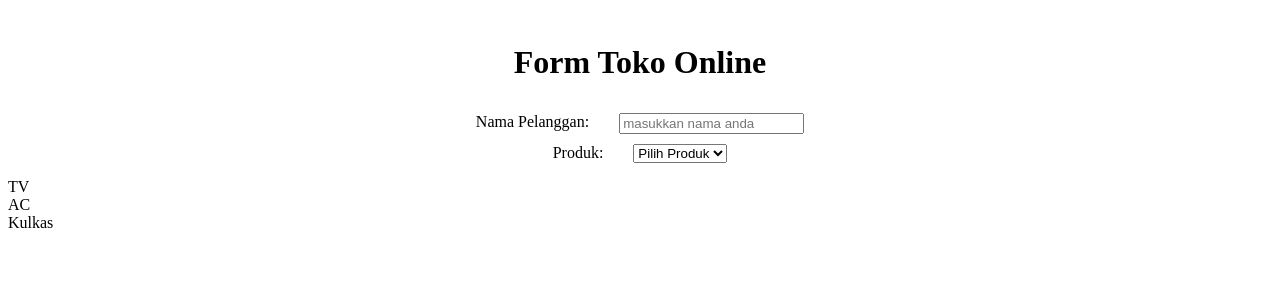
Repository: AHSANS354/Tugas-MSIB-5-GitHub
Page: tugasper4js.html
These files come from the project's save history. The page is drawn as it stood at one moment and after the next save; the edit follows.
The browser window is 1280 px wide. The pictures show the whole page.

Above is the page before, as saved 2023-09-11 15:16:13.

### tugasper4js.html
<!DOCTYPE html>
<html lang="en">
  <head>
    <meta charset="UTF-8" />
    <meta name="viewport" content="width=device-width, initial-scale=1.0" />
    <title>Tugas Pertemuan ke-4</title>
    <style>
      .container {
        padding: 10px;
        text-align: center;
      }
      .row {
        display: flex;
        justify-content: center;
        align-items: center;
        flex-direction: column;
      }
      .col {
        display: flex;
        gap: 30px;
        padding: 5px;
      }
    </style>
  </head>
  <body>
    <form action="" id="toko">
      <div class="container">
        <div class="row">
          <div class="col">
            <h1>Form Toko Online</h1>
          </div>
        </div>
        <div class="row">
          <div class="col">
            <label for="">Nama Pelanggan: </label>
            <input type="text" name="nama" placeholder="masukkan nama anda" />
          </div>
          <div class="col">
            <label for="">Produk: </label>
            <select name="produk">
              <option value="" id="produk">Pilih Produk</option>
            </select>
          </div>
        </div>
      </div>
    </form>
    <script src="main.js"></script>
  </body>
</html>

### main.js
let produk = ["TV", "AC", "Kulkas"];

for (var i = 0; i < produk.length; i++) {
  console.log(produk[i]);
  switch (produk) {
    case "TV":
      harga = 2000000;
      break;
    case "AC":
      harga = 3000000;
      break;
    case "Kulkas":
      harga = 4000000;
      break;
    default:
      harga = 0;
      break;
  }

  document.write(`${produk[i]}<br>`);
}

After the next save:
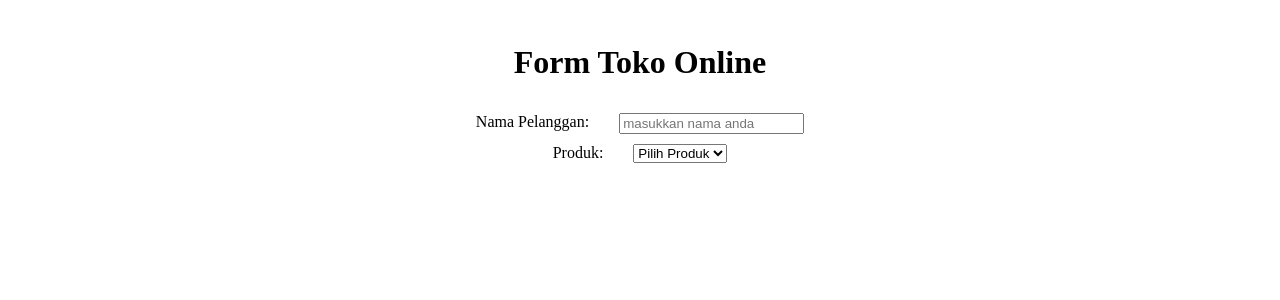
Console error: TypeError: Failed to execute 'appendChild' on 'Node': parameter 1 is not of type 'Node'.
Saved 4 min 18 s later.
--- a/main.js
+++ b/main.js
@@ -17,5 +17,5 @@
       break;
   }
 
-  document.write(`${produk[i]}<br>`);
+  document.getElementById("produk").appendChild(produk);
 }

After the 2 saves that followed:
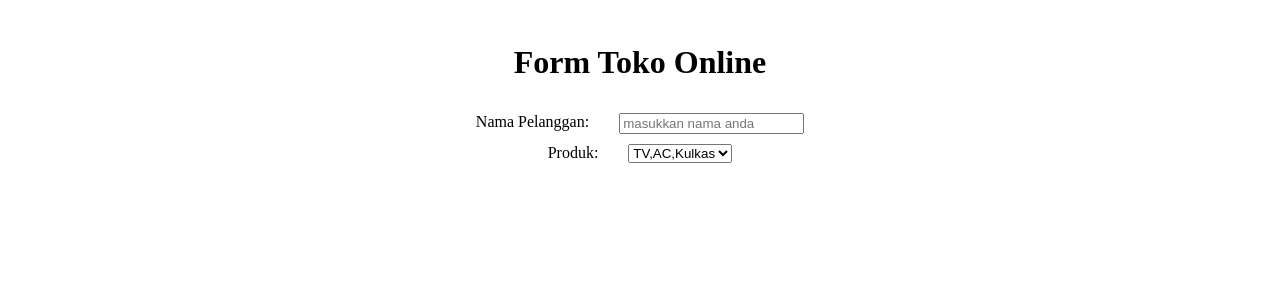
The error is gone.
The 2 saves are shown as one change because 1 left the picture as it was.
The last was saved 2 min 29 s later.
--- a/main.js
+++ b/main.js
@@ -17,5 +17,5 @@
       break;
   }
 
-  document.getElementById("produk").appendChild(produk);
+  document.getElementById("produk").innerHTML = produk;
 }
